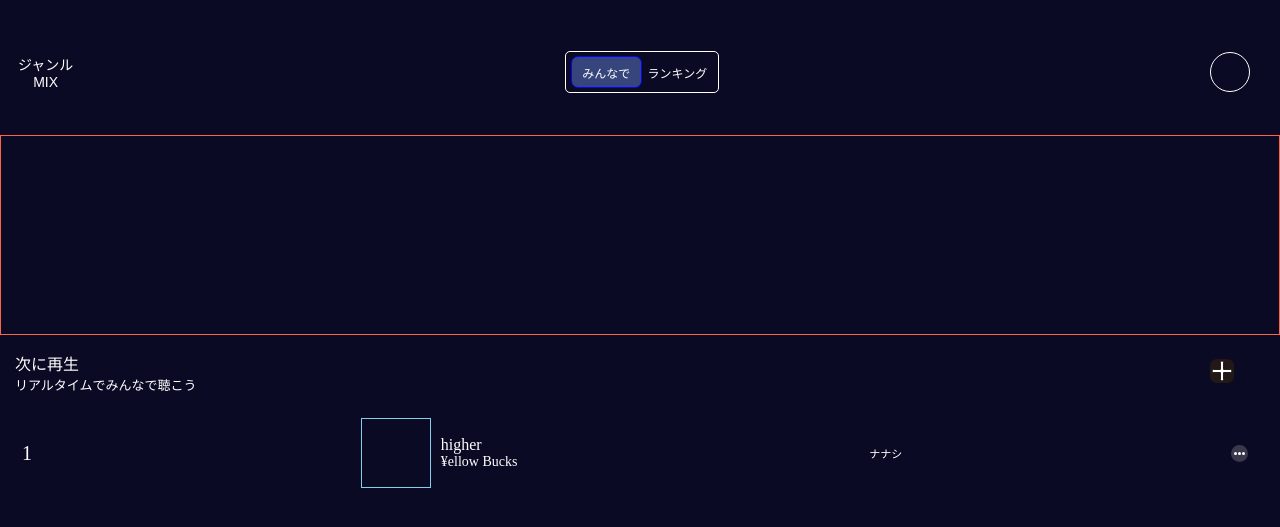
Repository: FujieRyou/2024_team
Page: /LoggedIn
The author's editor kept a copy of each file at every save. The page is drawn from the files as they stood at one save, then again after the next save.
The browser window is 1280 px wide. The pictures show the whole page.
The project was rebuilt for these pictures with package versions that can differ from the ones it lists, and the page was loaded fresh each time. The framework's server and built-in components were replaced by stand-ins that run in the browser. Also part of the build but not shown: next.config.js.

Above is the page before, as saved 2024-01-16 16:19:13.

After the next save:
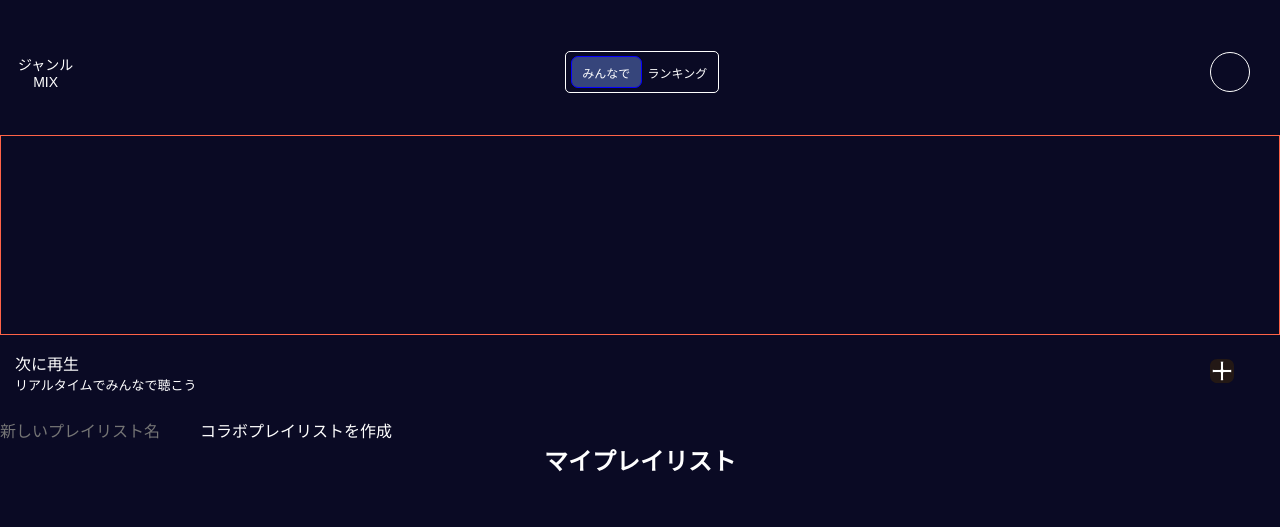
Saved 11 min 51 s later.
--- a/src/pages/LoggedIn.jsx
+++ b/src/pages/LoggedIn.jsx
@@ -15,8 +15,7 @@ function LoggedIn ({token}){
     }, [token]);
 
     const handleCreatePlaylist = async () => {
-        if (!newPlaylistName) return;
-        const userId = 'YOUR_SPOTIFY_USER_ID'; // ユーザーIDを取得する方法を実装する
+        if (!newPlaylistName || !userId) return;
         const newPlaylist = await createCollaboPlaylist(token, userId, newPlaylistName);
         setPlaylists([...playlists, newPlaylist]);
         setNewPlaylistName('');
@@ -50,7 +49,22 @@ function LoggedIn ({token}){
                         <img src="./img/plusBtn.svg" alt="" />
                     </a>
             </div>
-            <div id="songContent_wrap">
+            <div>
+                <input type="text" value={newPlaylistName} onChange={(e) => setNewPlaylistName(e.target.value)} placeholder="新しいプレイリスト名" />
+                <button onClick={handleCreatePlaylist}>コラボプレイリストを作成</button>
+            </div>
+            <div id="playlist_wrap">
+                <h2>マイプレイリスト</h2>
+                <ul>
+                    {playlists.map(playlist => (
+                        <li key={playlist.id}>
+                        <div>{playlist.name}</div>
+                        {/* プレイリスト編集機能をここに追加 */}
+                        </li>
+                    ))}
+                </ul>
+            </div>
+            {/* <div id="songContent_wrap">
                 <p className="song_num">1</p>
                 <div id="song_wrap">
                     <div className="song_img">
@@ -65,7 +79,7 @@ function LoggedIn ({token}){
                     <p>ナナシ</p>
                 </div>
                 <img src="./img/detailBtn.svg" alt="" />
-            </div>
+            </div> */}
         </div>
     </div>
     )
